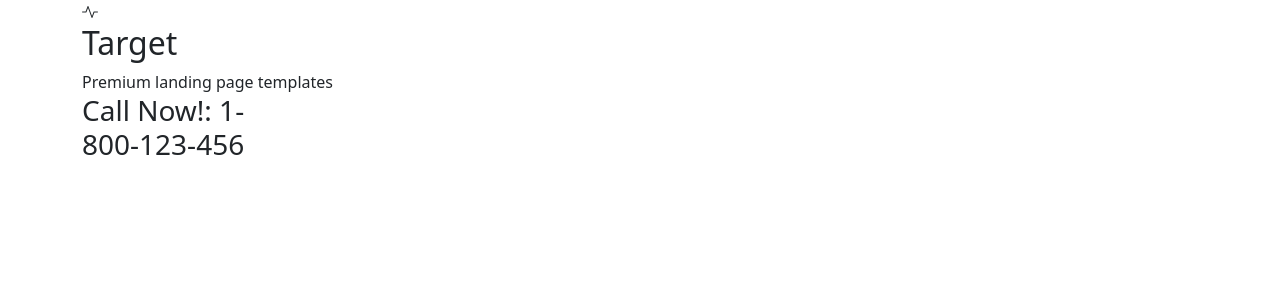
Repository: lyvandat/dh---bootstrap1
Page: index.html
The author's editor kept a copy of each file at every save. The page is drawn from the files as they stood at one save, then again after the next save.
The browser window is 1280 px wide. The pictures show the whole page.
Some web libraries are served in a nearby version.

Above is the page before, as saved 2022-10-27 15:02:30.

### index.html
<!DOCTYPE html>
<html lang="en">
  <head>
    <!-- Required meta tags -->
    <meta charset="utf-8" />
    <meta name="viewport" content="width=device-width, initial-scale=1" />

    <!-- Bootstrap CSS -->
    <link
      href="https://cdn.jsdelivr.net/npm/bootstrap@5.0.2/dist/css/bootstrap.min.css"
      rel="stylesheet"
      integrity="sha384-EVSTQN3/azprG1Anm3QDgpJLIm9Nao0Yz1ztcQTwFspd3yD65VohhpuuCOmLASjC"
      crossorigin="anonymous"
    />
    <link
      rel="stylesheet"
      href="https://cdn.jsdelivr.net/npm/bootstrap-icons@1.9.1/font/bootstrap-icons.css"
    />
    <title>Hello, world!</title>
  </head>
  <body>
    <div class="container">
        <div class"row">
            <div class="col-1">
                <i class="bi bi-activity"></i>
                <h2>Target</h2>
            </div>
            <div class="col-9">
                <span>Premium landing page templates</span>
            </div>
            <div class="col-2">
                <h3>Call Now!: 1-800-123-456</h3>
            </div>
        </div>
    </div>

    <!-- Optional JavaScript; choose one of the two! -->

    <!-- Option 1: Bootstrap Bundle with Popper -->
    <script
      src="https://cdn.jsdelivr.net/npm/bootstrap@5.0.2/dist/js/bootstrap.bundle.min.js"
      integrity="sha384-MrcW6ZMFYlzcLA8Nl+NtUVF0sA7MsXsP1UyJoMp4YLEuNSfAP+JcXn/tWtIaxVXM"
      crossorigin="anonymous"
    ></script>
  </body>
</html>

After the next save:
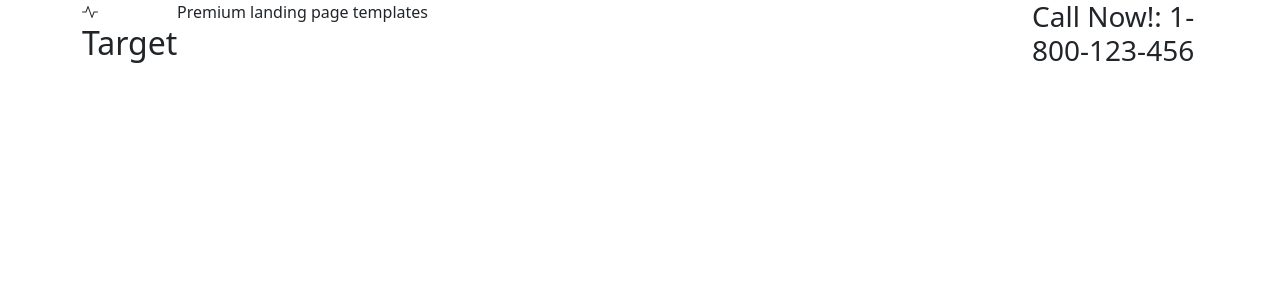
Saved 21 s later.
--- a/index.html
+++ b/index.html
@@ -20,18 +20,18 @@
   </head>
   <body>
     <div class="container">
-        <div class"row">
-            <div class="col-1">
-                <i class="bi bi-activity"></i>
-                <h2>Target</h2>
-            </div>
-            <div class="col-9">
-                <span>Premium landing page templates</span>
-            </div>
-            <div class="col-2">
-                <h3>Call Now!: 1-800-123-456</h3>
-            </div>
+      <div class="row">
+        <div class="col-1">
+          <i class="bi bi-activity"></i>
+          <h2>Target</h2>
         </div>
+        <div class="col-9">
+          <span>Premium landing page templates</span>
+        </div>
+        <div class="col-2">
+          <h3>Call Now!: 1-800-123-456</h3>
+        </div>
+      </div>
     </div>
 
     <!-- Optional JavaScript; choose one of the two! -->
